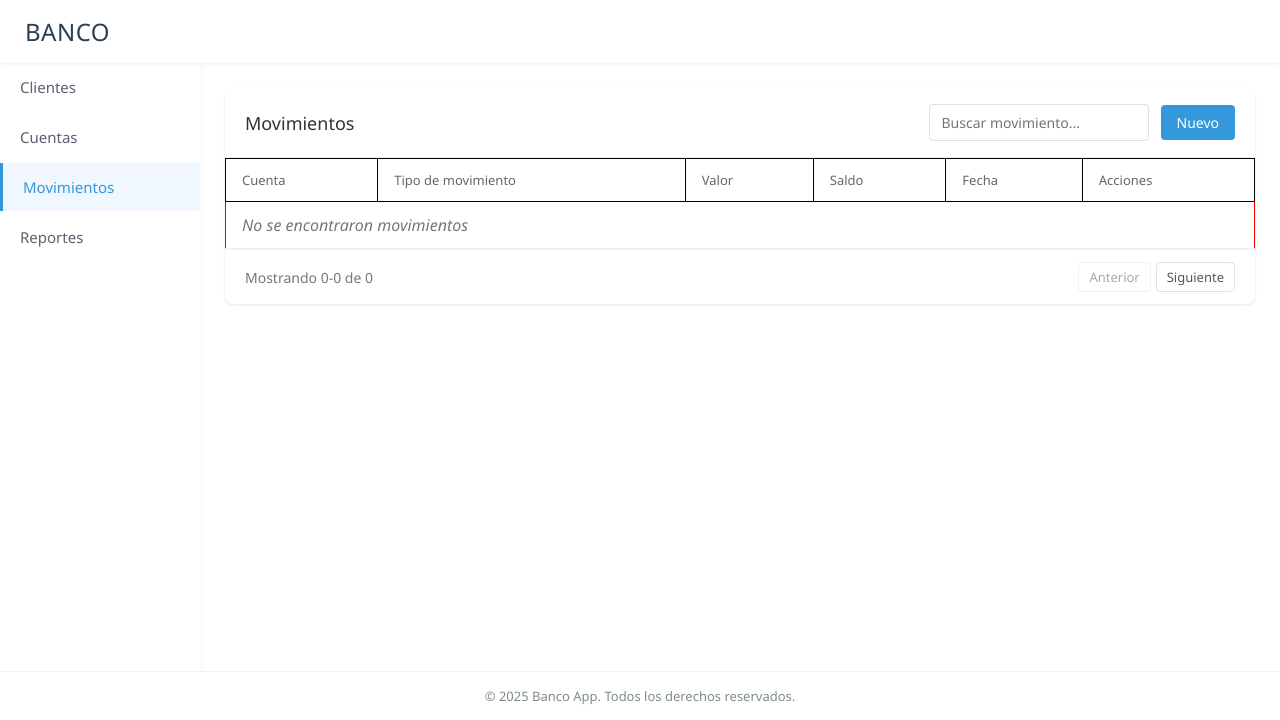
Repository: nder1996/Bank-Devsu
Page: /movimientos (app in Frontend/banco-devsu/)
An editor plug-in stored every save of this project. The page is shown before and after the next save, followed by the edit.
The browser window is 1280 px wide. The pictures show the whole page.
The page's requests for data from a server got no answer. The project was rebuilt for these pictures with package versions that can differ from the ones it lists, and the page was loaded fresh each time. No one was signed in, and anything a server would have sent is missing. Also part of the build but not shown: Frontend/banco-devsu/angular.json, Frontend/banco-devsu/src/app/presentation/pages/clientes/clientes.component.ts, Frontend/banco-devsu/src/app/core/services/cliente.service.ts, Frontend/banco-devsu/src/app/presentation/pages/cuentas/cuentas.component.ts, Frontend/banco-devsu/src/app/core/services/cuenta.service.ts, Frontend/banco-devsu/src/app/presentation/pages/reportes/reportes.component.ts.

Above is the page before, as saved 2025-08-22 14:01:23.

After the next save:
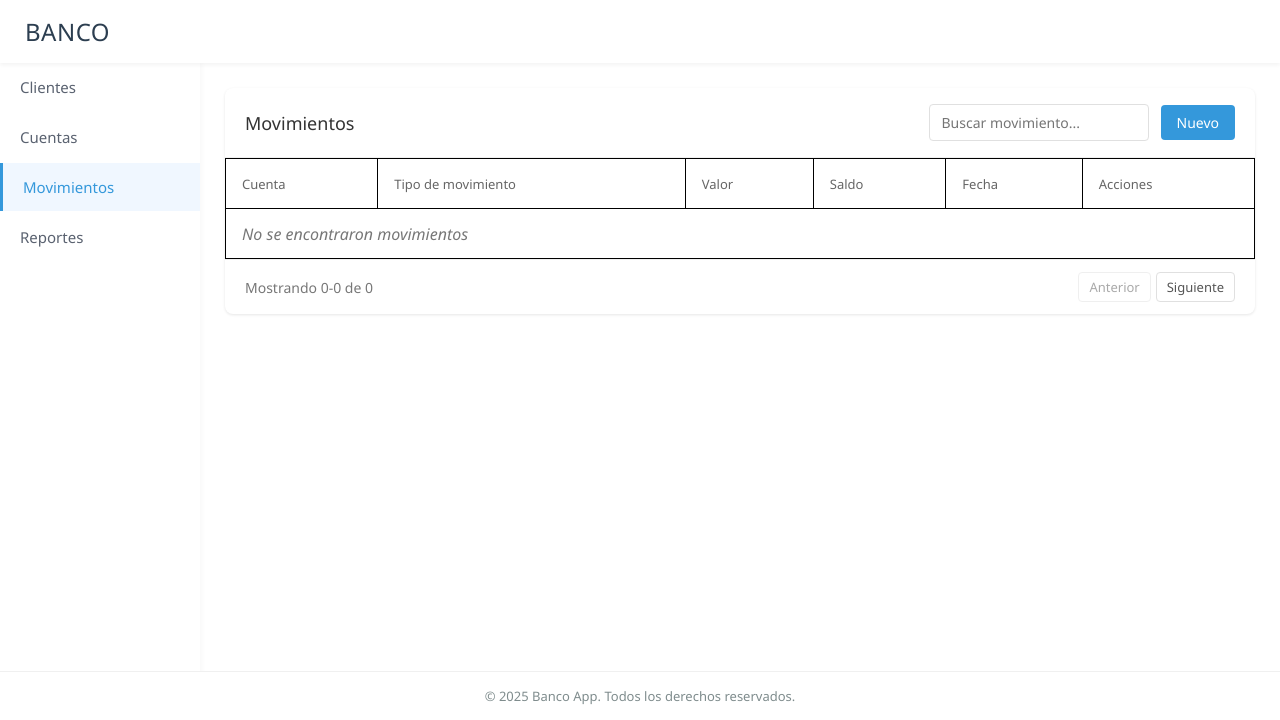
Saved 21 s later.
--- a/Frontend/banco-devsu/src/styles.css
+++ b/Frontend/banco-devsu/src/styles.css
@@ -36,15 +36,10 @@ html, body {
   border:1px solid red !important
 }
 
-.data-table th{
+.data-table th, .data-table td {
   border: 1px solid black !important;
-  text-align: center;
-  vertical-align: middle;
-  padding: 10px; /* Espaciado interno para mejor apariencia */
-}
-
-.data-table td {
   text-align: center; /* Centra el texto horizontalmente */
   vertical-align: middle; /* Centra el texto verticalmente */
   padding: 10px; /* Espaciado interno para mejor apariencia */
+  height: 50px; /* Asegura que las celdas tengan suficiente altura */
 }
